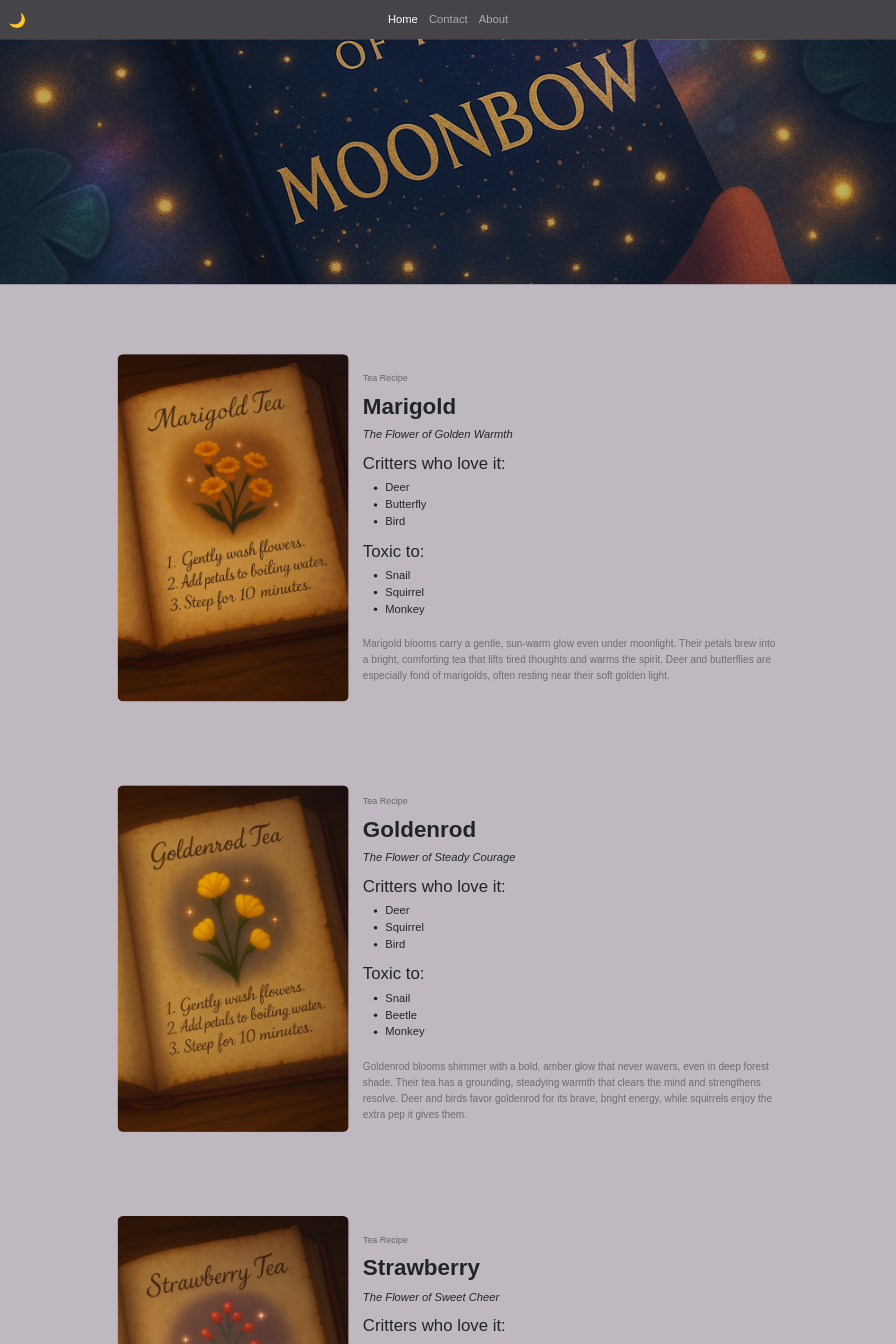
Repository: Brittany-Westlund/WebDesign
Page: FinalProject/contact.html
An editor plug-in stored every save of this project. The page is shown before and after the next save, followed by the edit.
The browser window is 1280 px wide. The pictures show the part of the page from y = 0 to 1920 px (the page is 3552 px tall before and 3382 px after), at 70% of full size.
A picture or video elsewhere on the page could not be fetched, so the positions and the page height are approximate. Backgrounds fixed to the window are drawn as part of the page.

Above is the page before, as saved 2025-12-02 21:35:54.

After the next save:
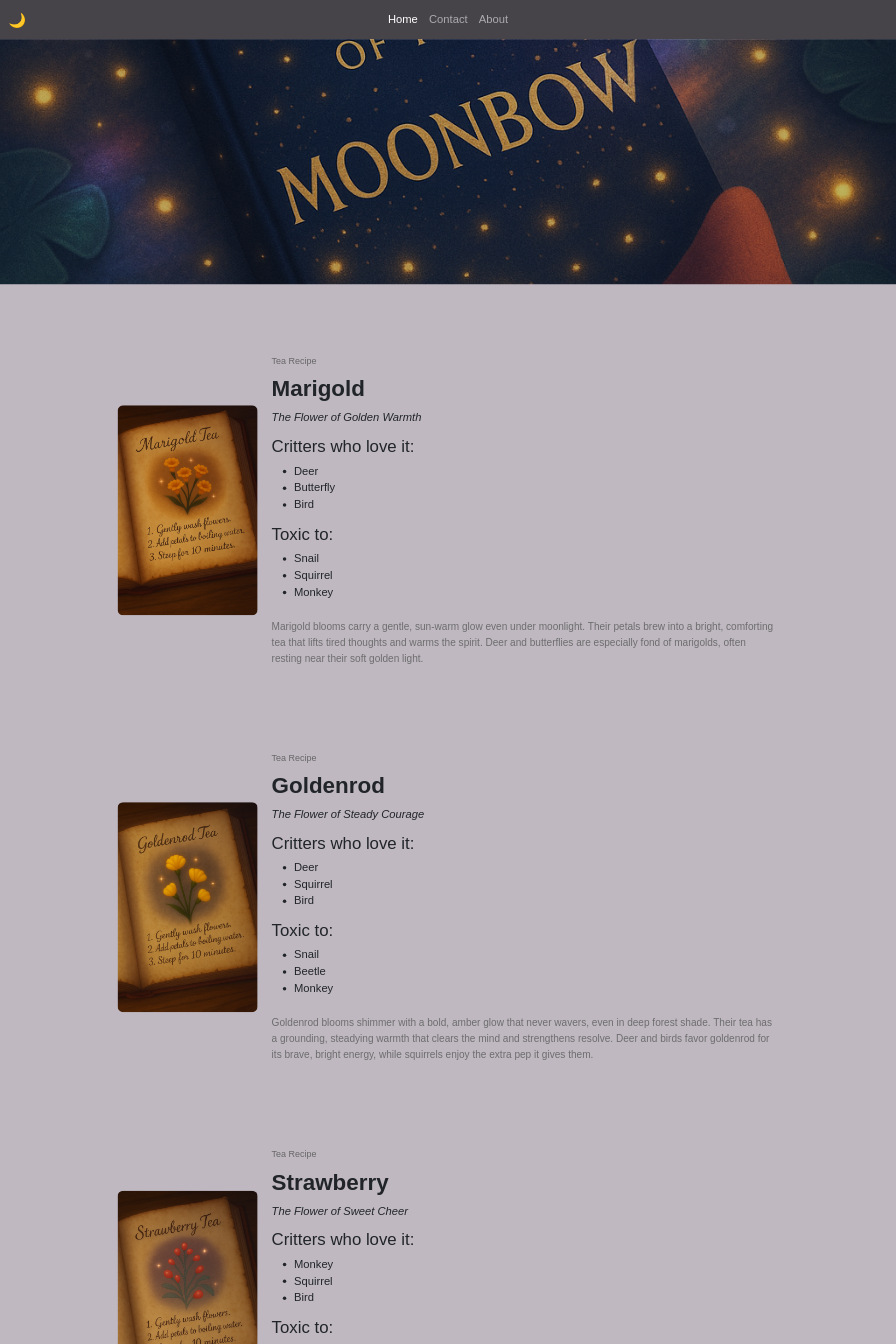
Saved 66 s later.
--- a/FinalProject/style/style.css
+++ b/FinalProject/style/style.css
@@ -104,8 +104,8 @@
 }
 
 .blog-preview img {
-  width: 35%;      /* image takes up 45% of the total width of .blog-preview */
-  height: auto;    /* keeps proportions correct */
+  width: auto;      /* image takes up 45% of the total width of .blog-preview */
+  height: 300px;    /* keeps proportions correct */
   border-radius: 8px; /* optional, softens corners */
 }
 

After the save that followed:
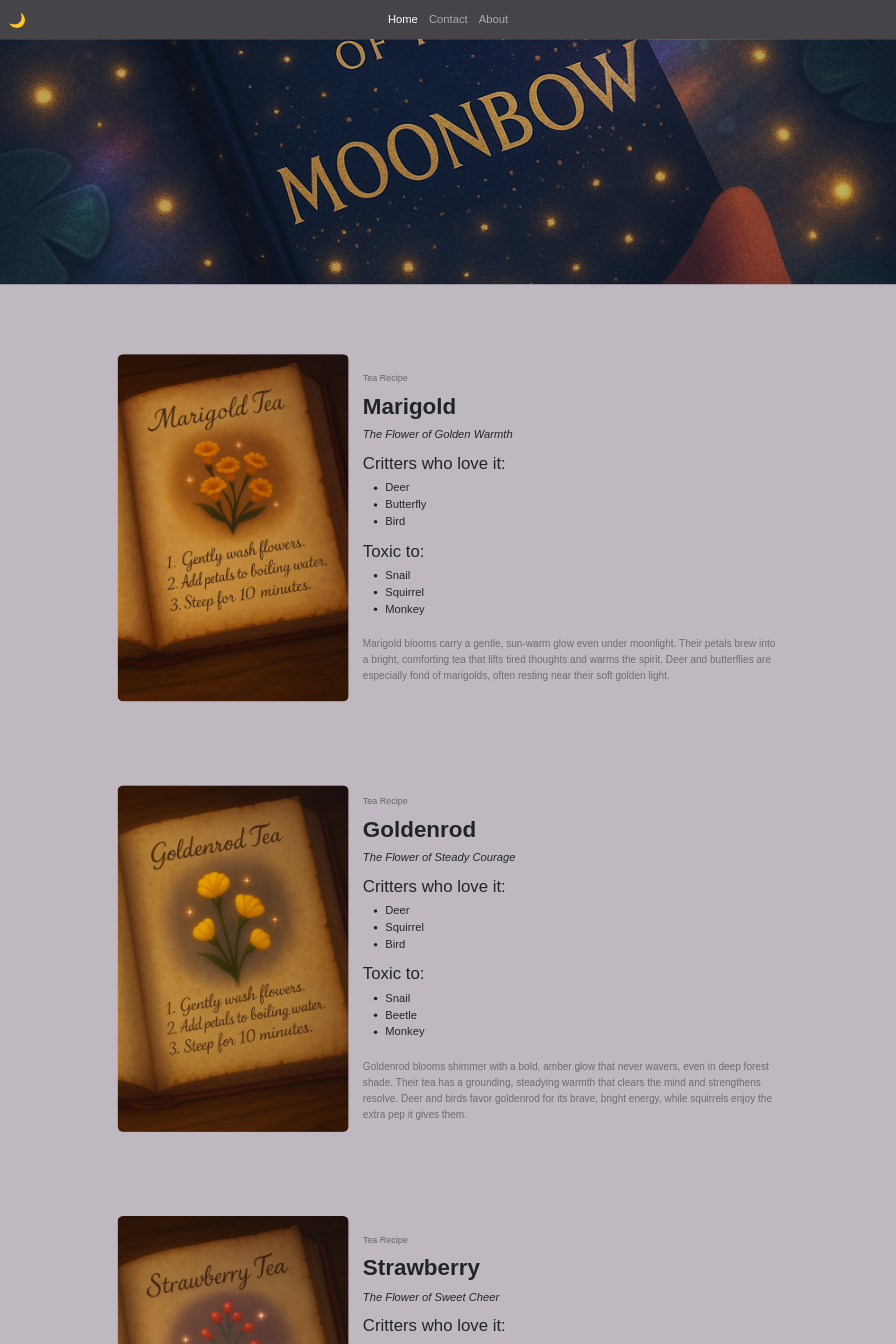
Saved 11 s later.
--- a/FinalProject/style/style.css
+++ b/FinalProject/style/style.css
@@ -104,8 +104,8 @@
 }
 
 .blog-preview img {
-  width: auto;      /* image takes up 45% of the total width of .blog-preview */
-  height: 300px;    /* keeps proportions correct */
+  width: 35%;      /* image takes up 45% of the total width of .blog-preview */
+  height: auto;    /* keeps proportions correct */
   border-radius: 8px; /* optional, softens corners */
 }
 
